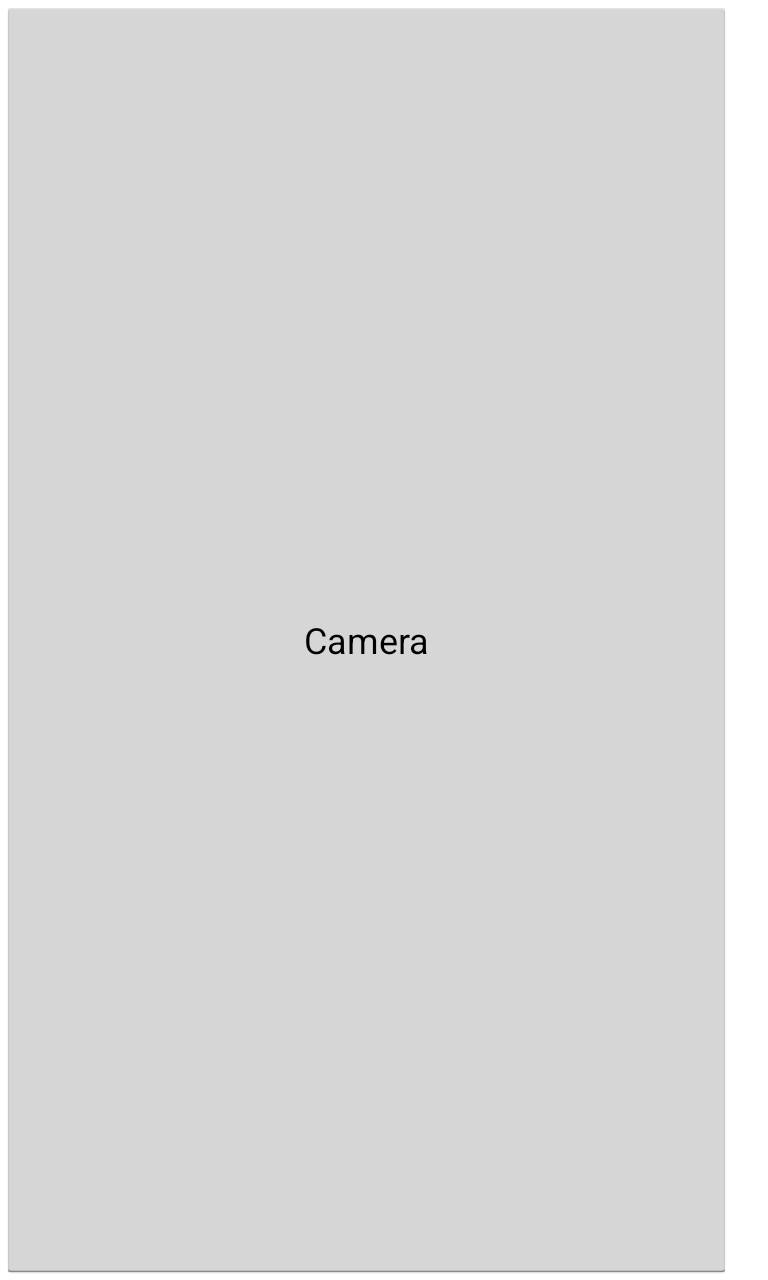
Repository: Zak-Olyarnik/CS-275
Layout: QuickPic/res/layout/activity_main.xml
The author's editor kept a copy of each file at every save. The layout is drawn from the files as they stood at one save, then again after the next save.
It is drawn on a 768 x 1280 px phone screen (xhdpi) without system bars, with theme AppTheme; the app's code is not run.

Above is the layout before, as saved 2015-03-14 23:09:20.

### QuickPic/res/layout/activity_main.xml
<LinearLayout xmlns:android="http://schemas.android.com/apk/res/android"
    xmlns:tools="http://schemas.android.com/tools"
    android:layout_width="match_parent"
    android:layout_height="wrap_content"
    android:orientation="horizontal" >

    <Button
        android:id="@+id/button_camera"
        android:layout_width="fill_parent"
        android:layout_height="fill_parent"
        android:layout_weight="174.42"
        android:text="@string/button_camera" >
    </Button>

    <ImageView
    android:id="@+id/image_view_camera"
    android:layout_width="match_parent"
    android:layout_height="match_parent"
    android:layout_weight="11195.85"
    android:contentDescription="@string/image_view_camera" />

<LinearLayout
    android:layout_width="match_parent"
    android:layout_height="wrap_content"
    android:gravity="center">

    <Button
        android:id="@+id/button1"
        android:layout_width="wrap_content"
        android:layout_height="wrap_content"
        android:text="Upload to Google Drive" />

</LinearLayout>

<EditText
    android:id="@+id/editText1"
    android:layout_width="match_parent"
    android:layout_height="wrap_content"
    android:hint="Enter picture name"
    android:ems="10" >

    <requestFocus />
</EditText>

</LinearLayout>

### QuickPic/res/values/strings.xml
<?xml version="1.0" encoding="utf-8"?>
<resources>

    <string name="app_name">QuickPic</string>
    <string name="hello_world">Hello world!</string>
    <string name="action_settings">Settings</string>
	<string name="button_camera">Camera</string>
    <string name="image_view_camera">This is a camera image</string>
</resources>

Loaded but not shown: QuickPic/res/values/styles.xml (common file); QuickPic/res/values-v11/styles.xml (common file); QuickPic/res/values-v14/styles.xml (common file)

After the next save:
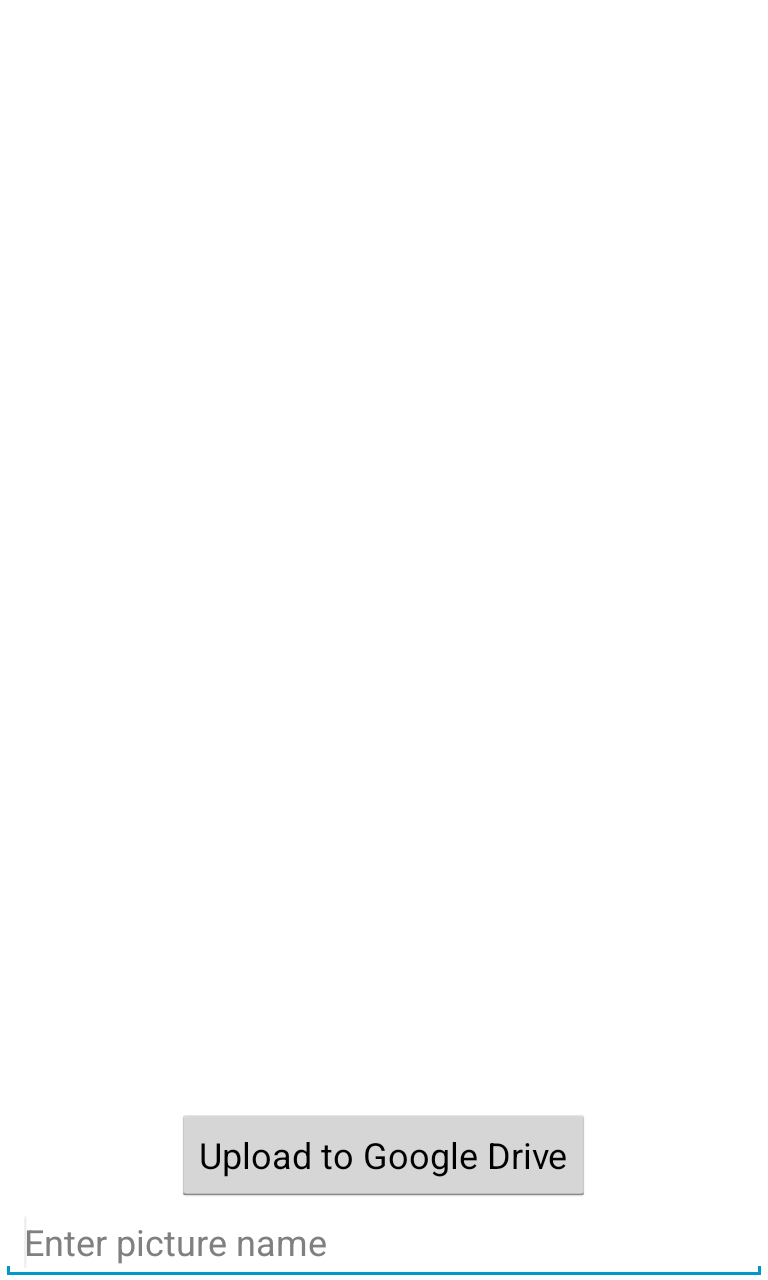
Saved 4 s later.
--- a/QuickPic/res/layout/activity_main.xml
+++ b/QuickPic/res/layout/activity_main.xml
@@ -2,12 +2,12 @@
     xmlns:tools="http://schemas.android.com/tools"
     android:layout_width="match_parent"
     android:layout_height="wrap_content"
-    android:orientation="horizontal" >
+    android:orientation="vertical" >
 
     <Button
         android:id="@+id/button_camera"
         android:layout_width="fill_parent"
-        android:layout_height="fill_parent"
+        android:layout_height="0dp"
         android:layout_weight="174.42"
         android:text="@string/button_camera" >
     </Button>
